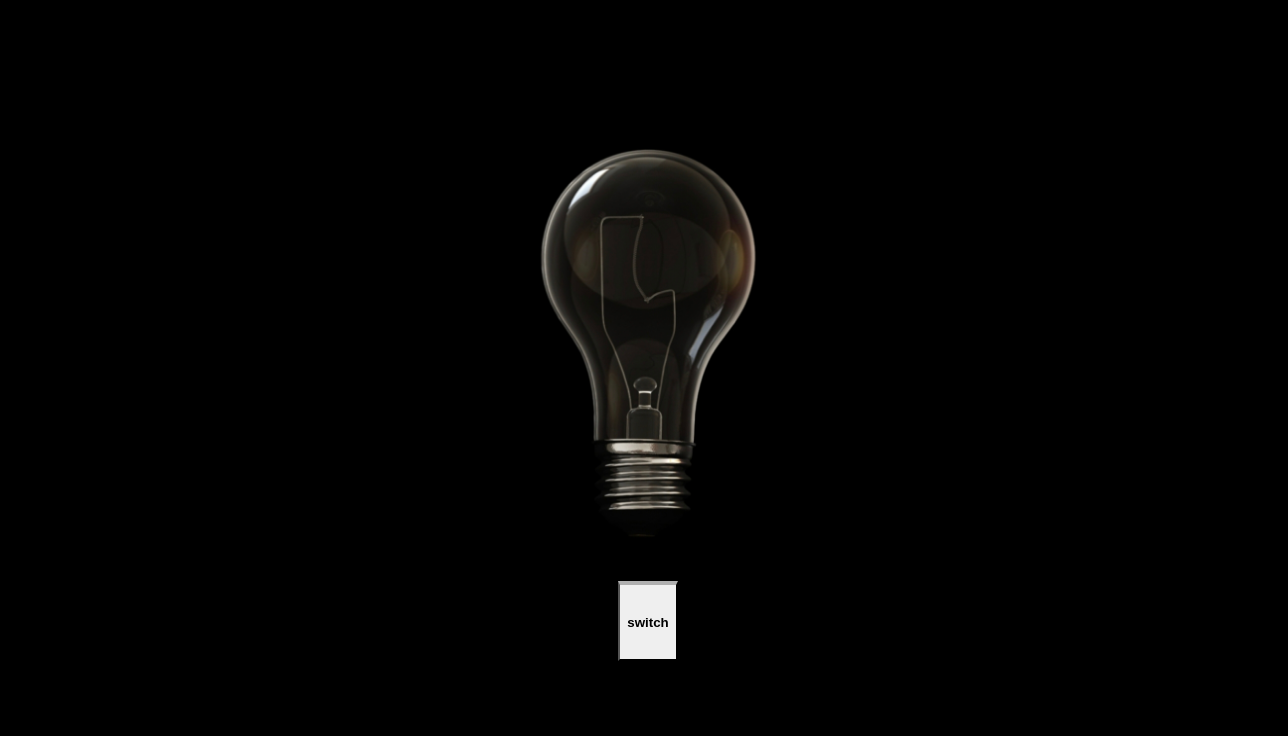
Repository: JunaidAnsari202/bulb
Page: index.html
The author's editor kept a copy of each file at every save. The page is drawn from the files as they stood at one save, then again after the next save.
The browser window is 1280 px wide. The page is 1288 px wide, so the pictures cover 1288 px, including what lies to the right of the window. The pictures show the whole page.

Above is the page before, as saved 2023-10-27 21:46:01.

### index.html
<!DOCTYPE html>
<html lang="en">
<head>
    <meta charset="UTF-8">
    <meta name="viewport" content="width=device-width, initial-scale=1.0">
    <title>Document</title>
    <link rel="stylesheet" href="style.css">
</head>
<body>
<div><img id="bulb" src="img/off.jpg" alt="" class="bulb"></div>
   <div> <button id="btn" class="bttn" ><span style="display: hidden;">switch</span></button></div>
</body>

<script>
    let button=document.getElementById('btn')
    let bulb=document.getElementById('bulb')
    button.addEventListener('click',bulbs)
    function bulbs(e){
        if(button.textContent.includes('on')){
            bulb.src="img/off.jpg"
            button.textContent="Turn off"
        }
        else{
            bulb.src="img/on.jpg"
            button.textContent="Turn on"
        }
    }
   </script>
</html>

### style.css
body{
    width: 100vw;
    height: 100vh;
    background-color: black;
    overflow: hidden;
    display: flex;
    justify-content: center;
    align-items: center;
    flex-direction: column;
}
*{
    /* border: 1px red dashed; */

}
.bulb{
    height: 500px;
    width: 350px;
}


.bttn{
    margin-top: 4%;
    /* margin-left: ; */
    font-weight: 800;
    height: 80px;
    width: 60px;
    border-top: 4px rgba(0, 0, 0, 0.271) solid;


}
.bttn:hover{
    background-color: grey;
    border-top: 4px rgba(255, 255, 255, 0.186) solid;

}

After the next save:
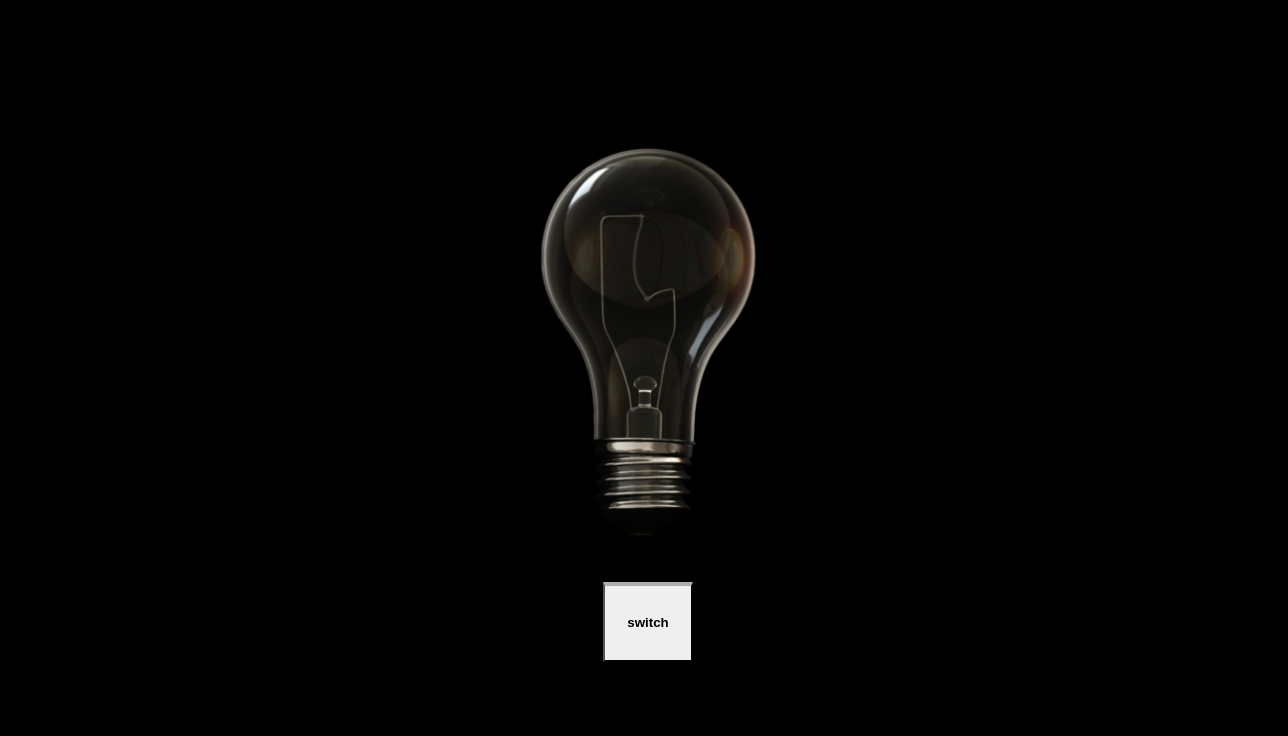
Saved 5 s later.
--- a/style.css
+++ b/style.css
@@ -23,7 +23,7 @@ body{
     /* margin-left: ; */
     font-weight: 800;
     height: 80px;
-    width: 60px;
+    width: 90px;
     border-top: 4px rgba(0, 0, 0, 0.271) solid;
 
 
